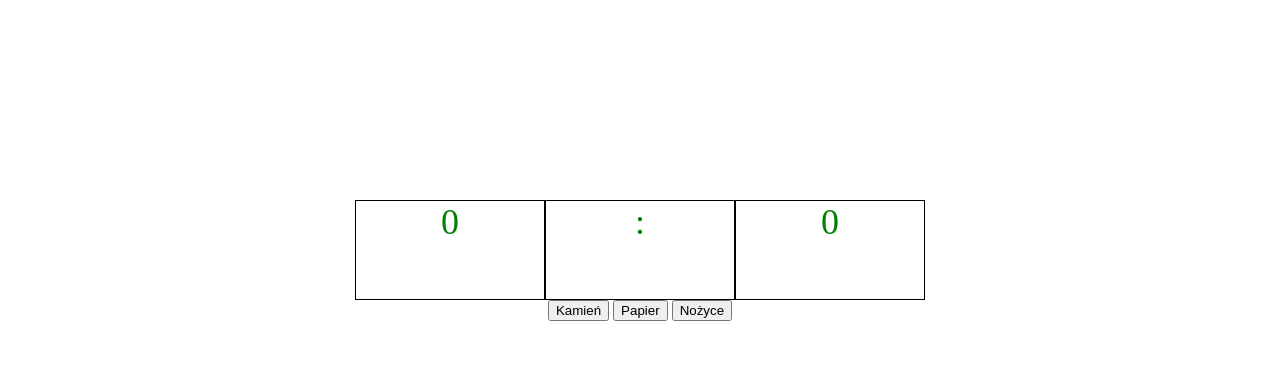
Repository: ulasup/javascript-prework
Page: index.html
An editor plug-in stored every save of this project. The page is shown before and after the next save, followed by the edit.
The browser window is 1280 px wide. The pictures show the whole page.
Some web libraries are served in a nearby version. The style sheet was rebuilt from its Sass, Less or Tailwind sources for each picture, by a compiler version that may differ from the author's.

Above is the page before, as saved 2020-12-12 17:19:55.

After the next save:
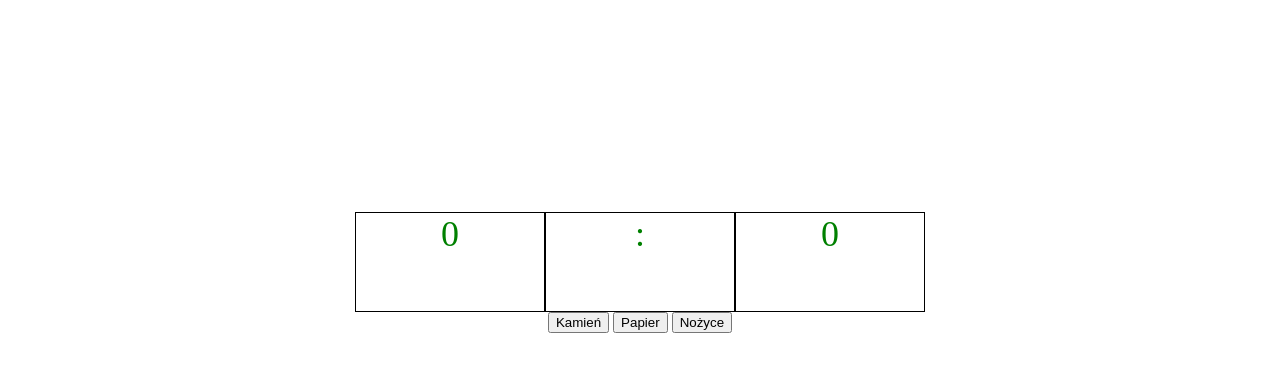
Saved 14 s later.
--- a/sass/style.scss
+++ b/sass/style.scss
@@ -1,5 +1,5 @@
 body {
-    margin: auto;
+    margin: 12px auto;
     text-align: center;
 }
 .header {
